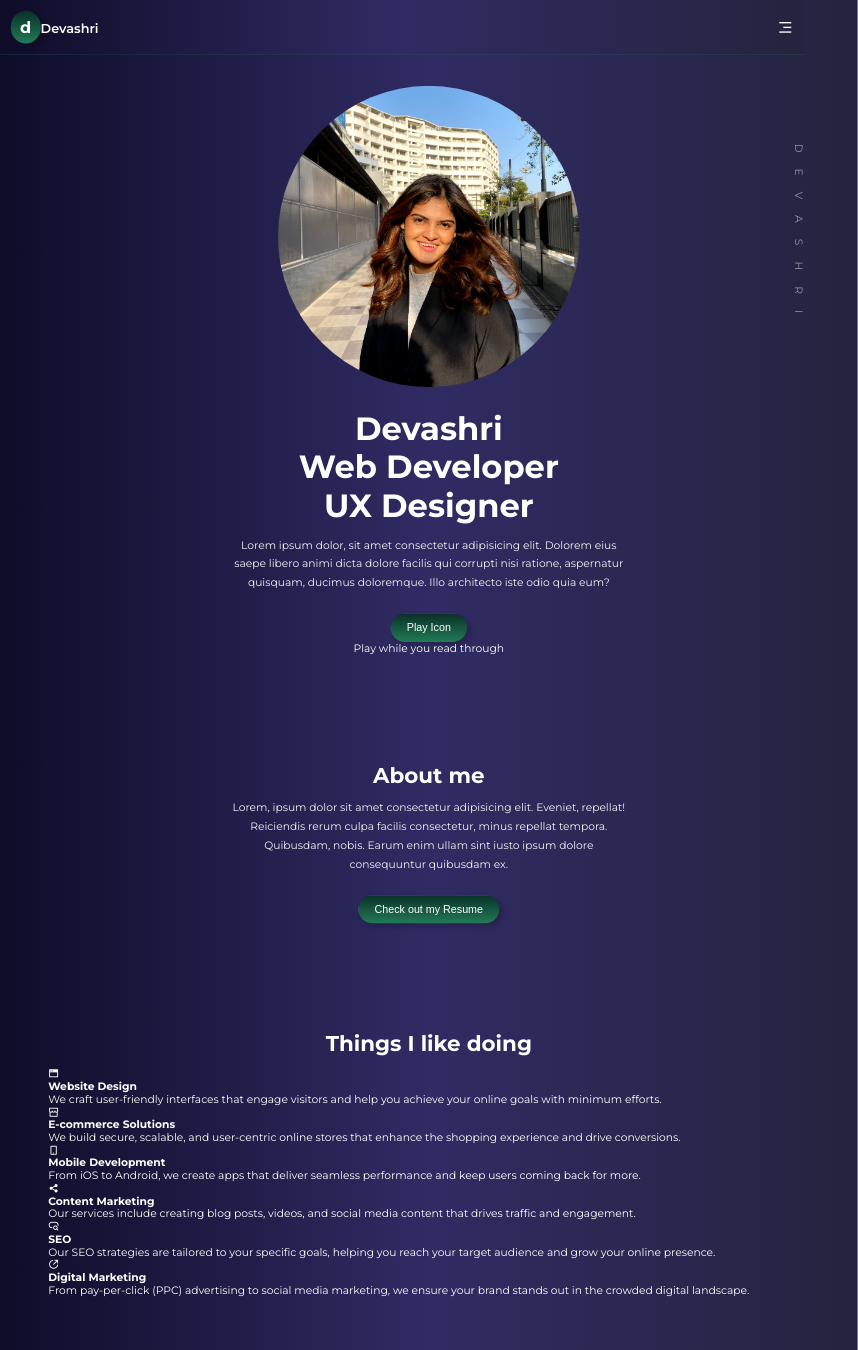
Repository: devashrisamani/devashrisamani.github.io
Page: index.html
An editor plug-in stored every save of this project. The page is shown before and after the next save, followed by the edit.
The browser window is 1280 px wide. The pictures show the whole page, at 67% of full size.

Above is the page before, as saved 2025-09-24 19:30:14.

After the next save:
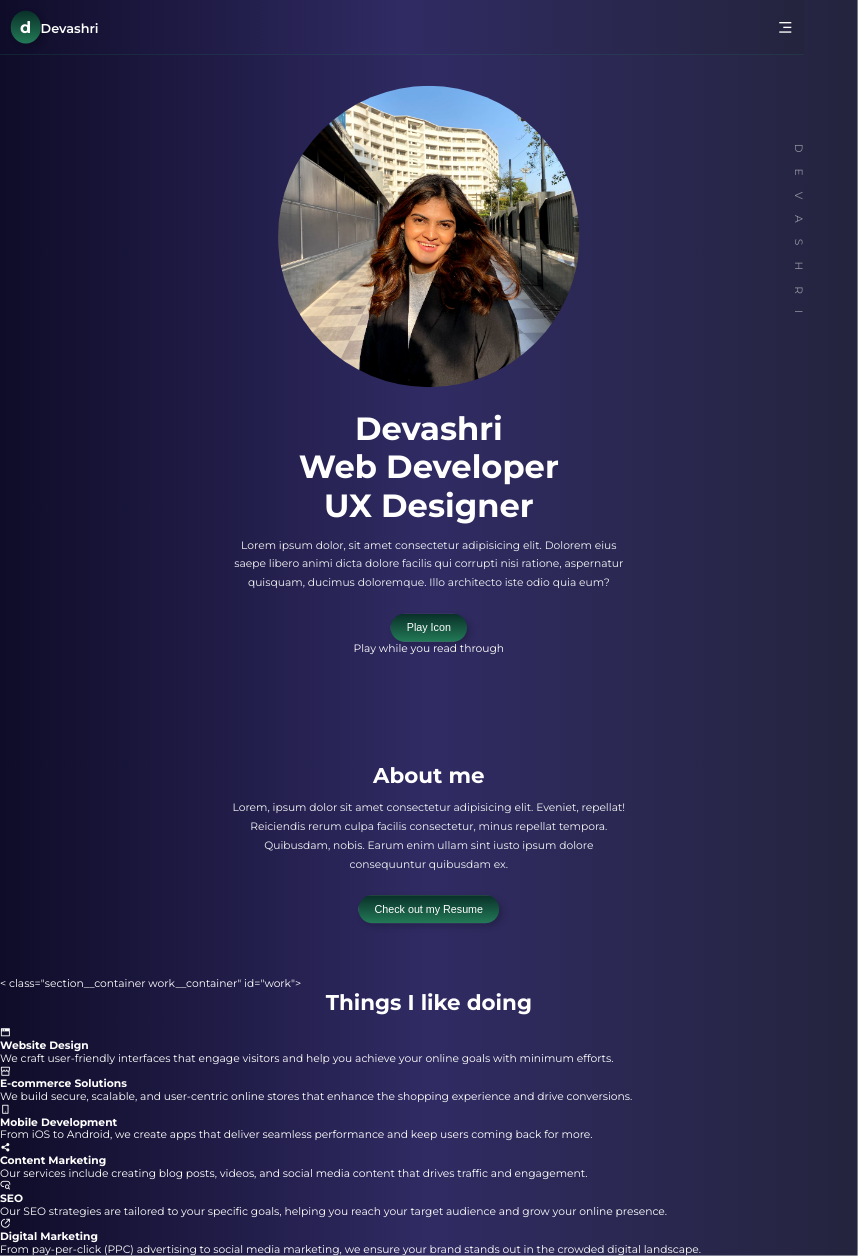
Saved 5 s later.
--- a/index.html
+++ b/index.html
@@ -76,7 +76,7 @@
       </div>
     </section>
 
-    <div class="section__container work__container" id="work">
+    < class="section__container work__container" id="work">
       <h2 class="section__header">Things I like doing</h2>
         <div class="service__card">
           <div class="service__card">
@@ -128,7 +128,6 @@
           </p>
         </div>
       </div>
-    </div>
     </section>
 
       </div>

After the save that followed:
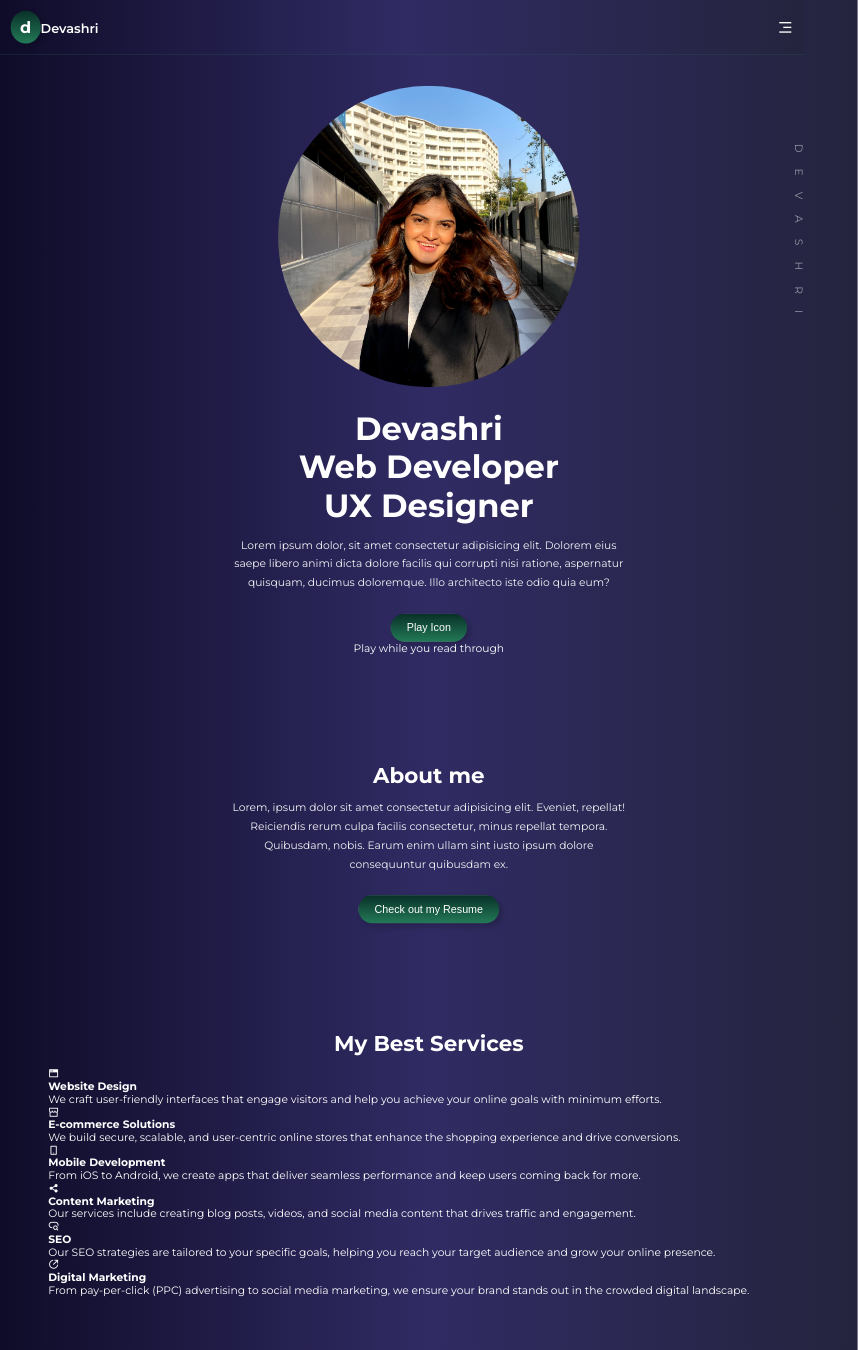
Saved 57 s later.
--- a/index.html
+++ b/index.html
@@ -76,10 +76,10 @@
       </div>
     </section>
 
-    < class="section__container work__container" id="work">
-      <h2 class="section__header">Things I like doing</h2>
+    <section class="section__container service__container" id="service">
+      <h2 class="section__header">My Best Services</h2>
+      <div class="service__grid">
         <div class="service__card">
-          <div class="service__card">
           <span><i class="ri-window-fill"></i></span>
           <h4>Website Design</h4>
           <p>
